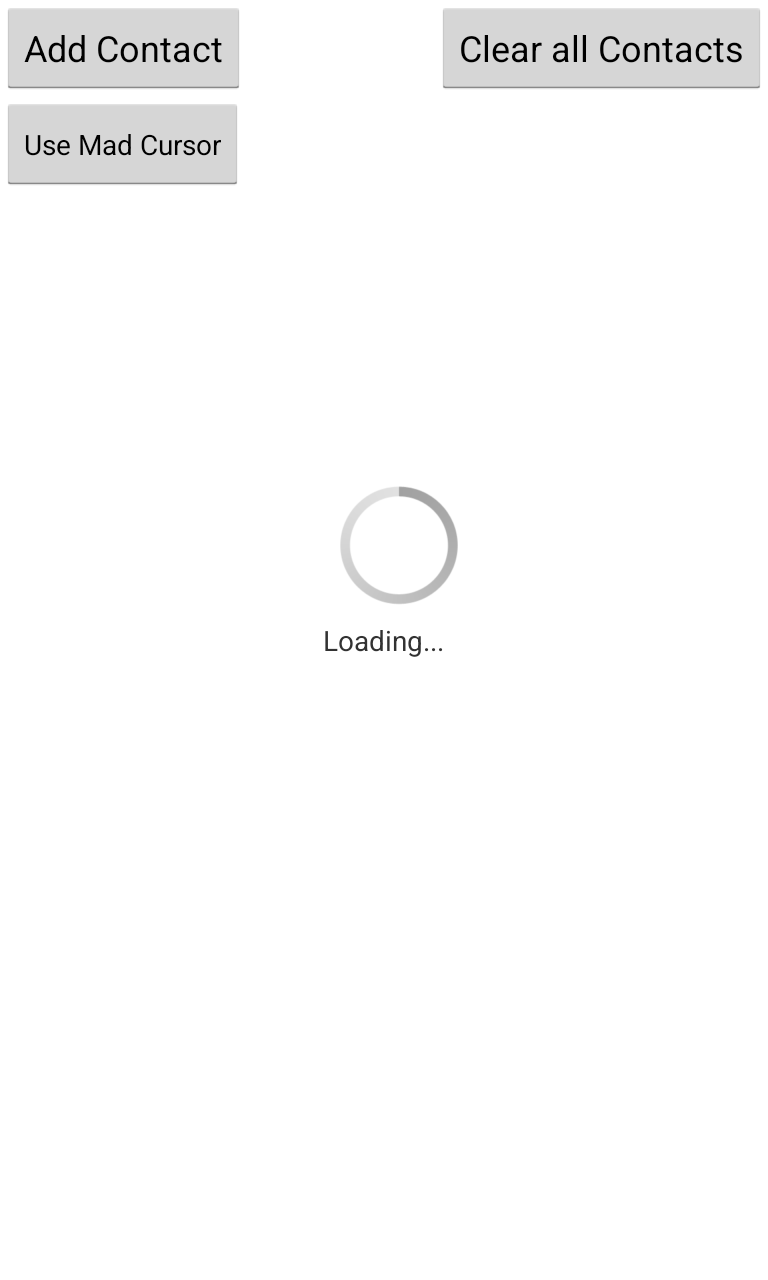
Repository: yoszka/Andro_apps
Layout: ContactsTest/res/layout/activity_main.xml
An editor plug-in stored every save of this project. The layout is shown before and after the next save, followed by the edit.
It is drawn on a 768 x 1280 px phone screen (xhdpi) without system bars, with theme AppTheme; the app's code is not run.

Above is the layout before, as saved 2013-02-13 23:49:30.

### ContactsTest/res/layout/activity_main.xml
<RelativeLayout xmlns:android="http://schemas.android.com/apk/res/android"
    xmlns:tools="http://schemas.android.com/tools"
    android:layout_width="match_parent"
    android:layout_height="match_parent"
    tools:context=".MainActivity" >

    <TextView
        android:id="@+id/textView1"
        android:layout_width="wrap_content"
        android:layout_height="wrap_content"
        android:layout_centerHorizontal="true"
        android:layout_centerVertical="true"
        android:text="@string/tv_txt_loading" />

    <Button
        android:id="@+id/button1"
        android:layout_width="wrap_content"
        android:layout_height="wrap_content"
        android:layout_alignParentLeft="true"
        android:layout_alignParentTop="true"
        android:onClick="addContactClick"
        android:text="Add Contact" />

    <Button
        android:id="@+id/button2"
        android:layout_width="wrap_content"
        android:layout_height="wrap_content"
        android:layout_alignParentRight="true"
        android:layout_alignParentTop="true"
        android:onClick="deleteAllContactsClick"
        android:text="Clear all Contacts" />

    <Button
        android:id="@+id/button3"
        style="?android:attr/buttonStyleSmall"
        android:layout_width="wrap_content"
        android:layout_height="wrap_content"
        android:layout_alignParentLeft="true"
        android:layout_below="@+id/button1"
        android:onClick="onClickUseMadCursor"
        android:text="Use Mad Cursor" />

    <ProgressBar
        android:id="@+id/progressBar1"
        style="?android:attr/progressBarStyleLarge"
        android:layout_width="wrap_content"
        android:layout_height="wrap_content"
        android:layout_above="@+id/textView1"
        android:layout_alignLeft="@+id/textView1" />

</RelativeLayout>

### ContactsTest/res/values/strings.xml
<?xml version="1.0" encoding="utf-8"?>
<resources>

    <string name="app_name">ContactsTest</string>
    <string name="tv_txt_loading">Loading...</string>
    <string name="menu_settings">Settings</string>

</resources>

Loaded but not shown: ContactsTest/res/values/styles.xml (common file); ContactsTest/res/values-v11/styles.xml (common file); ContactsTest/res/values-v14/styles.xml (common file)

After the next save:
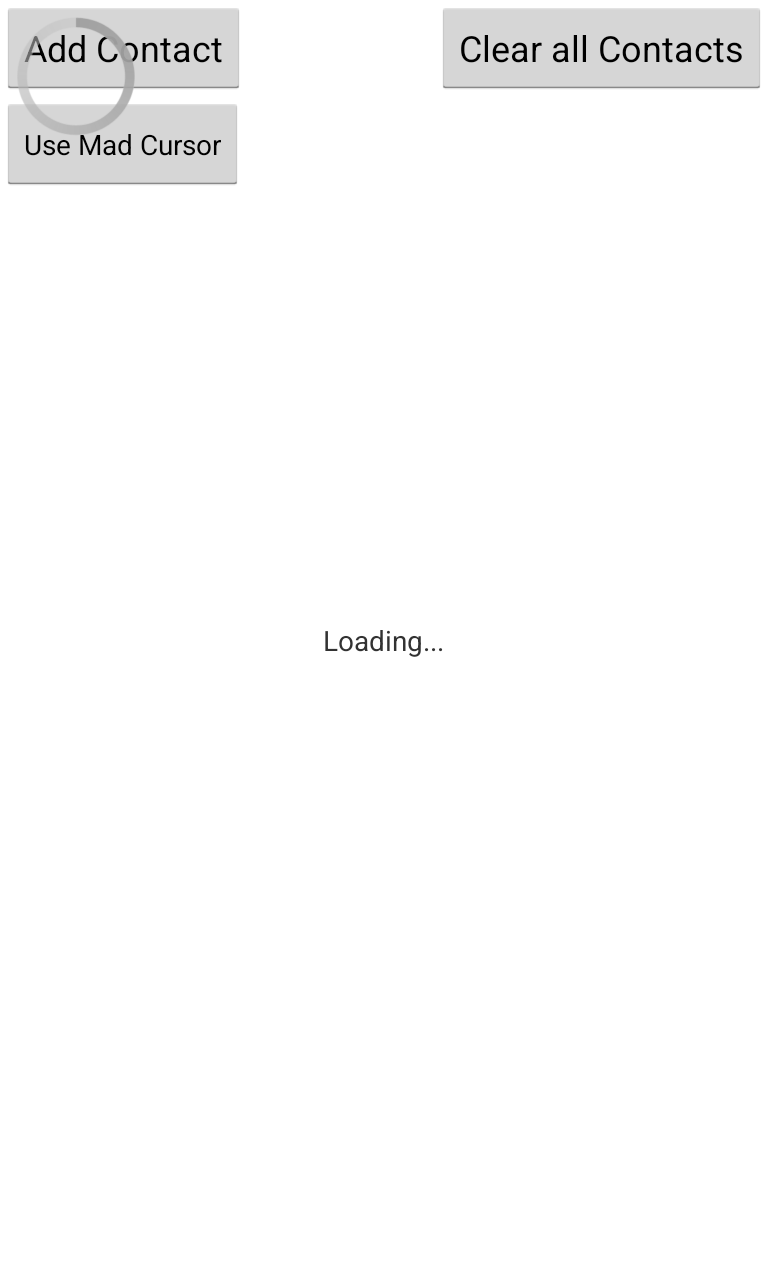
Saved 16 s later.
--- a/ContactsTest/res/layout/activity_main.xml
+++ b/ContactsTest/res/layout/activity_main.xml
@@ -5,7 +5,7 @@
     tools:context=".MainActivity" >
 
     <TextView
-        android:id="@+id/textView1"
+        android:id="@+id/textViewLoading"
         android:layout_width="wrap_content"
         android:layout_height="wrap_content"
         android:layout_centerHorizontal="true"
@@ -41,7 +41,7 @@
         android:text="Use Mad Cursor" />
 
     <ProgressBar
-        android:id="@+id/progressBar1"
+        android:id="@+id/progressBarLoading"
         style="?android:attr/progressBarStyleLarge"
         android:layout_width="wrap_content"
         android:layout_height="wrap_content"

After the 2 saves that followed:
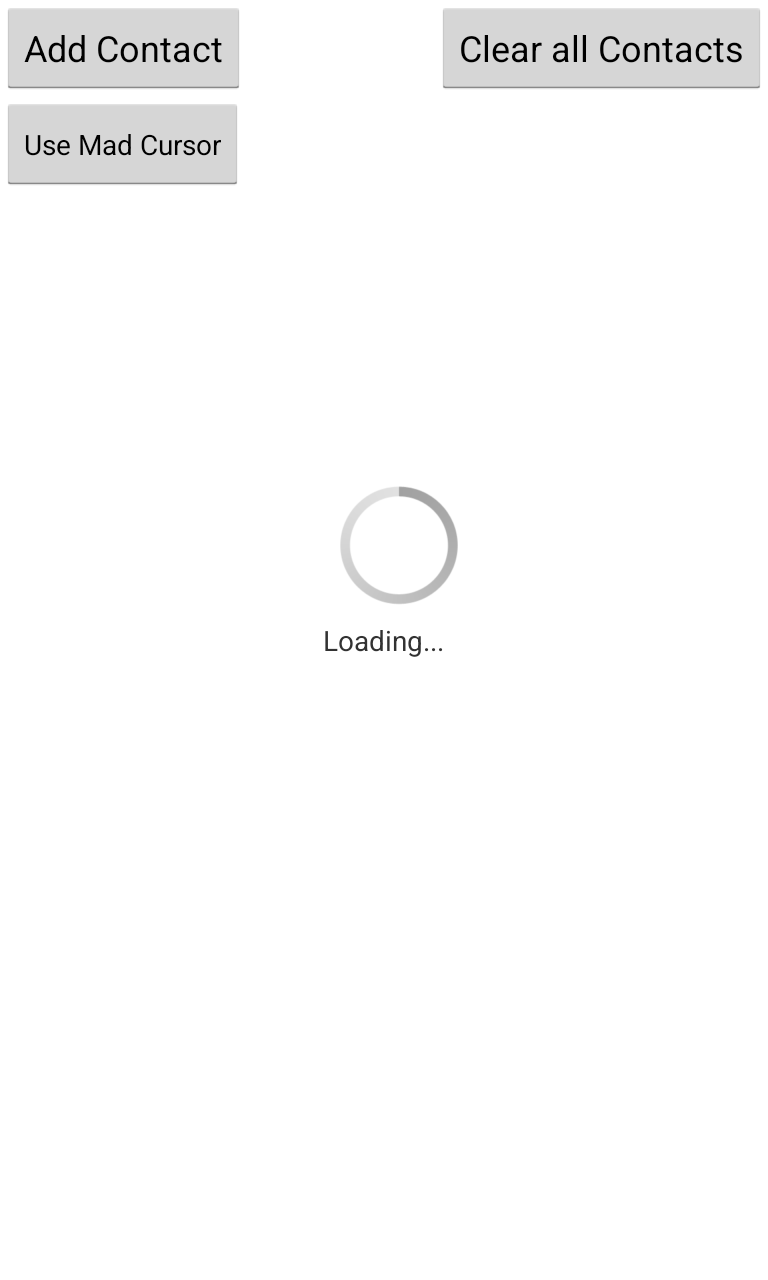
The 2 saves are shown as one change because 1 left the picture as it was.
The last was saved 37 s later.
--- a/ContactsTest/res/layout/activity_main.xml
+++ b/ContactsTest/res/layout/activity_main.xml
@@ -45,7 +45,7 @@
         style="?android:attr/progressBarStyleLarge"
         android:layout_width="wrap_content"
         android:layout_height="wrap_content"
-        android:layout_above="@+id/textView1"
-        android:layout_alignLeft="@+id/textView1" />
+        android:layout_above="@+id/textViewLoading"
+        android:layout_alignLeft="@+id/textViewLoading" />
 
 </RelativeLayout>
